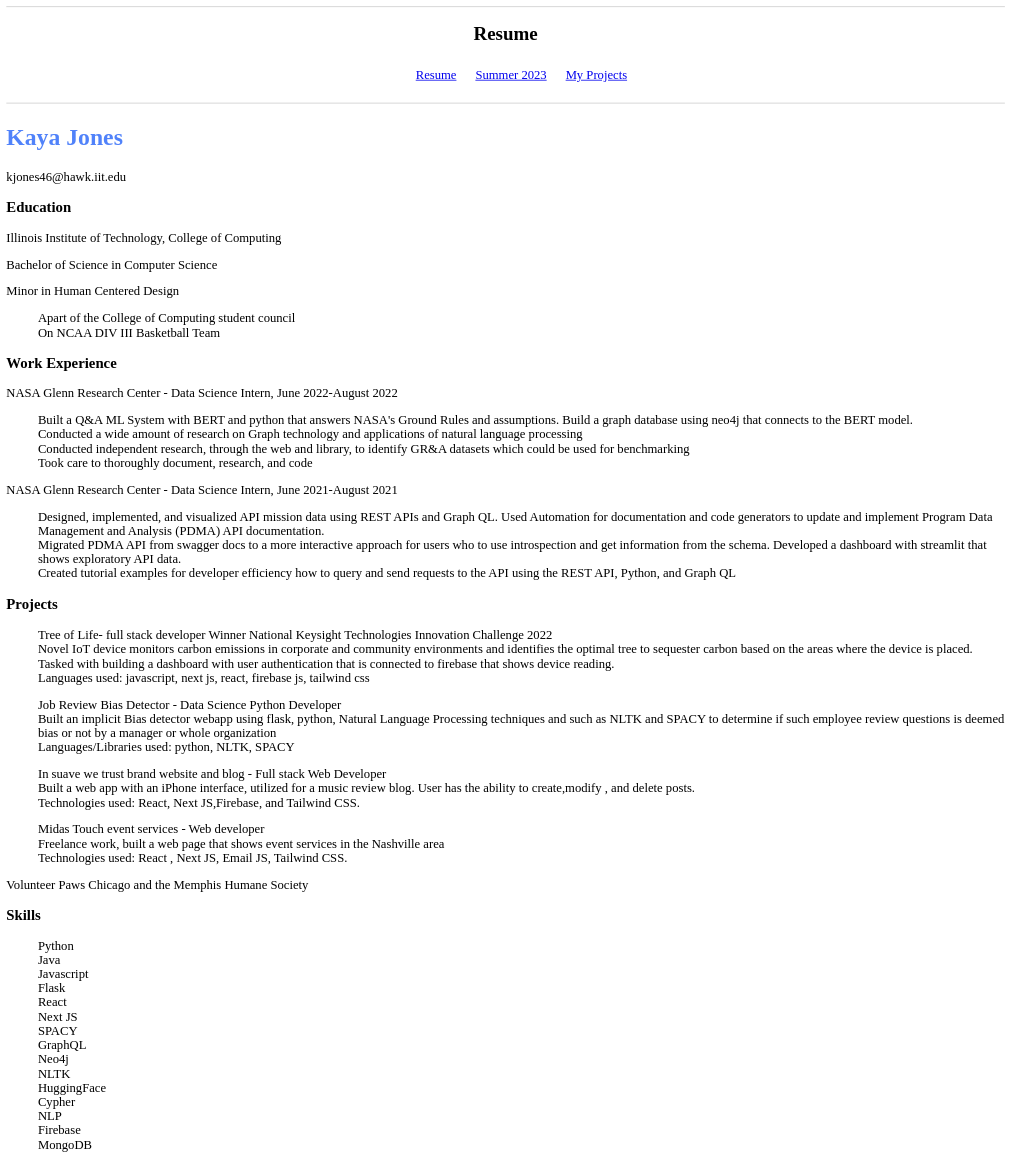
Repository: kayacancode/itm361project1
Page: index.html
These files come from the project's save history. The page is drawn as it stood at one moment and after the next save; the edit follows.
The browser window is 1280 px wide. The pictures show the whole page, at 79% of full size.
Some web fonts or font styles are not loaded; a fallback is used.

Above is the page before, as saved 2023-03-04 12:48:23.

After the next save:
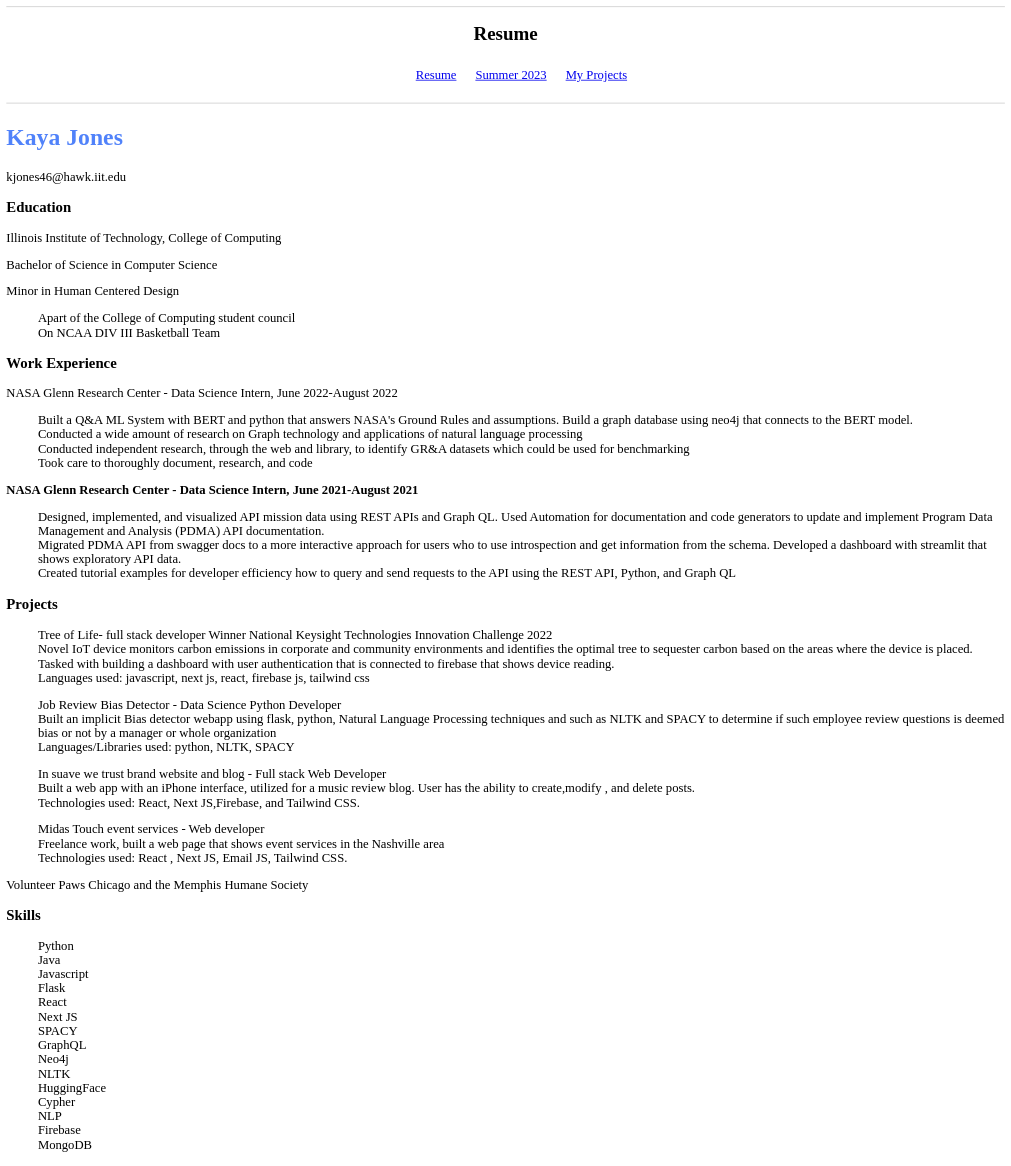
Saved 15 s later.
--- a/index.html
+++ b/index.html
@@ -49,7 +49,7 @@
       <li>Took care to thoroughly document, research, and code</li>
     </ul>
     <p>
-      <span class="font-weight:bold">NASA Glenn Research Center - Data Science Intern, June 2021-August 2021 </span>
+      <span style="font-weight:bold">NASA Glenn Research Center - Data Science Intern, June 2021-August 2021 </span>
     </p>
     <ul >
       <li>
